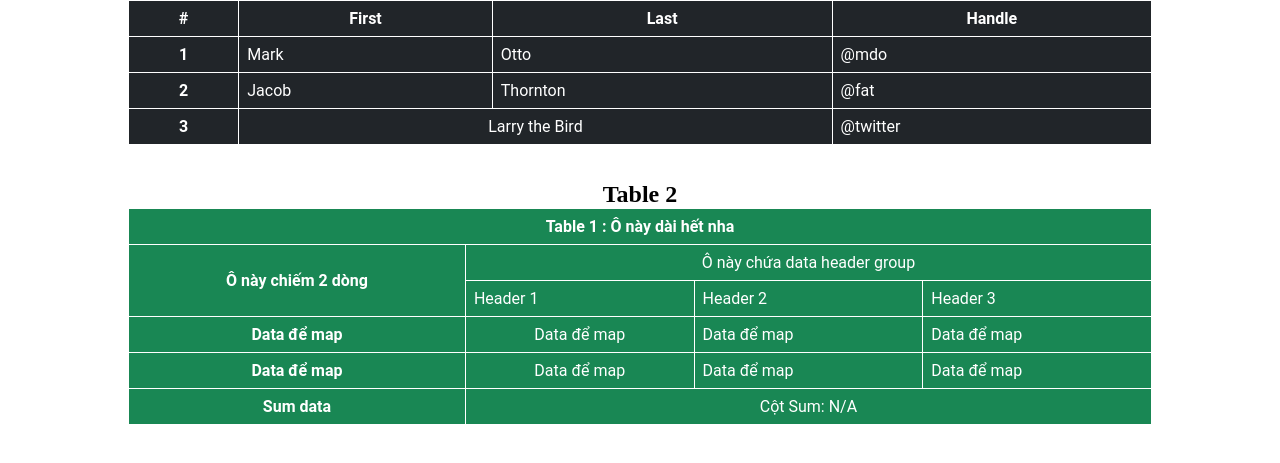
Repository: ThuatDev/BTVN_FE_JUNE
Page: index.html
These files come from the project's save history. The page is drawn as it stood at one moment and after the next save; the edit follows.
The browser window is 1280 px wide. The pictures show the whole page.

Above is the page before, as saved 2023-08-02 15:41:31.

### index.html
<!DOCTYPE html>
<html lang="en">
  <head>
    <meta charset="UTF-8" />
    <meta name="viewport" content="width=device-width, initial-scale=1.0" />
    <!-- <link
      href="https://cdn.jsdelivr.net/npm/bootstrap@5.0.2/dist/css/bootstrap.min.css"
      rel="stylesheet"
    /> -->
    <title>Document</title>
    <style>
      /* Reset CSS cho tất cả các phần tử */
      * {
        margin: 0;
        padding: 0;
        box-sizing: border-box;
      }

      /* Đặt màu nền và màu chữ cho bảng */
      .bg-dark {
        background-color: #212529;
      }
      .text-white {
        color: #fff;
      }

      /* Đặt font và kích thước chữ cho bảng */
      .table {
        font-family: "Roboto", sans-serif;
        font-size: 16px;
        font-weight: normal;
      }

      /* Áp dụng font-weight "bold" cho các thẻ <th> */
      .table th {
        font-weight: bold;
      }

      /* Đặt border cho bảng */
      .table {
        border-collapse: collapse;
      }

      /* Đặt border và padding cho thẻ <th> và <td> */
      .table th,
      .table td {
        border: 1px solid #fff;
        padding: 8px;
      }

      /* Đặt padding cho thẻ <th> trong thead */
      .table thead th {
        padding: 8px;
      }

      /* Bao bọc bảng trong một container để sử dụng flexbox */
      .table-container {
        display: flex;
        justify-content: center; /* Căn giữa bảng trong màn hình */
      }

      /* Áp dụng chiều rộng 80% cho bảng */
      .table {
        width: 80%;
        margin: 0 auto;
      }
      /* css bang 2  */

      .bg-success {
        background-color: #198754;
      }
      .text-white {
        color: #fff;
      }

      /* Đặt font và kích thước chữ cho bảng */
      .table {
        font-family: "Roboto", sans-serif;
        font-size: 16px;
        font-weight: normal;
      }

      /* Áp dụng font-weight "bold" cho các thẻ <th> */
      .table th {
        font-weight: bold;
      }

      /* Đặt border cho bảng */
      .table {
        border-collapse: collapse;
      }

      /* Đặt border và padding cho thẻ <th> và <td> */
      .table th,
      .table td {
        border: 1px solid #fff;
        padding: 8px;
      }

      /* Đặt padding cho thẻ <th> có rowspan và colspan */
      .table th[colspan],
      .table th[rowspan],
      .table td[colspan],
      .table td[rowspan] {
        padding: 8px;
      }

      /* Đặt padding cho thẻ <td> có colspan */
      .table td[colspan] {
        padding: 8px;
        text-align: center; /* Căn giữa văn bản trong ô có colspan */
      }

      /* Đặt padding cho thẻ <th> trong thead */
      .table thead th {
        padding: 8px;
        text-align: center; /* Căn giữa văn bản trong ô có colspan */
      }

      /* Bao bọc bảng trong một container để sử dụng flexbox */
      .table-container {
        display: flex;
        justify-content: center; /* Căn giữa bảng theo chiều ngang */
        align-items: center; /* Căn giữa bảng theo chiều dọc */
      }

      /* Áp dụng chiều rộng 80% cho bảng */
      .table {
        width: 80%;
      }
    </style>
  </head>
  <body>
    <div class="table-container">
      <table class="table text-white table-bordered bg-dark">
        <thead>
          <tr>
            <th scope="col">#</th>
            <th scope="col">First</th>
            <th scope="col">Last</th>
            <th scope="col">Handle</th>
          </tr>
        </thead>
        <tbody>
          <tr>
            <th scope="row">1</th>
            <td>Mark</td>
            <td>Otto</td>
            <td>@mdo</td>
          </tr>
          <tr>
            <th scope="row">2</th>
            <td>Jacob</td>
            <td>Thornton</td>
            <td>@fat</td>
          </tr>
          <tr>
            <th scope="row">3</th>
            <td colspan="2">Larry the Bird</td>
            <td>@twitter</td>
          </tr>
        </tbody>
      </table>
    </div>
    <br />
    <br />
    <h2 style="text-align: center">Table 2</h2>
    <table class="table text-white table-bordered bg-success">
      <thead>
        <tr>
          <th scope="col" colspan="12" class="text-center">
            Table 1 : Ô này dài hết nha
          </th>
        </tr>
      </thead>
      <tbody>
        <tr>
          <th scope="row" rowspan="2">Ô này chiếm 2 dòng</th>
          <td colspan="3" class="text-center">Ô này chứa data header group</td>
        </tr>
        <tr>
          <td>Header 1</td>
          <td>Header 2</td>
          <td>Header 3</td>
        </tr>
        <tr>
          <th scope="row">Data để map</th>
          <td colspan="1">Data để map</td>
          <td>Data để map</td>
          <td>Data để map</td>
        </tr>
        <tr class="table-left">
          <th scope="row">Data để map</th>
          <td colspan="1">Data để map</td>
          <td>Data để map</td>
          <td>Data để map</td>
        </tr>
        <tr>
          <th scope="row">Sum data</th>
          <td colspan="12" class="text-center">Cột Sum: N/A</td>
        </tr>
      </tbody>
    </table>
  </body>
</html>

After the next save:
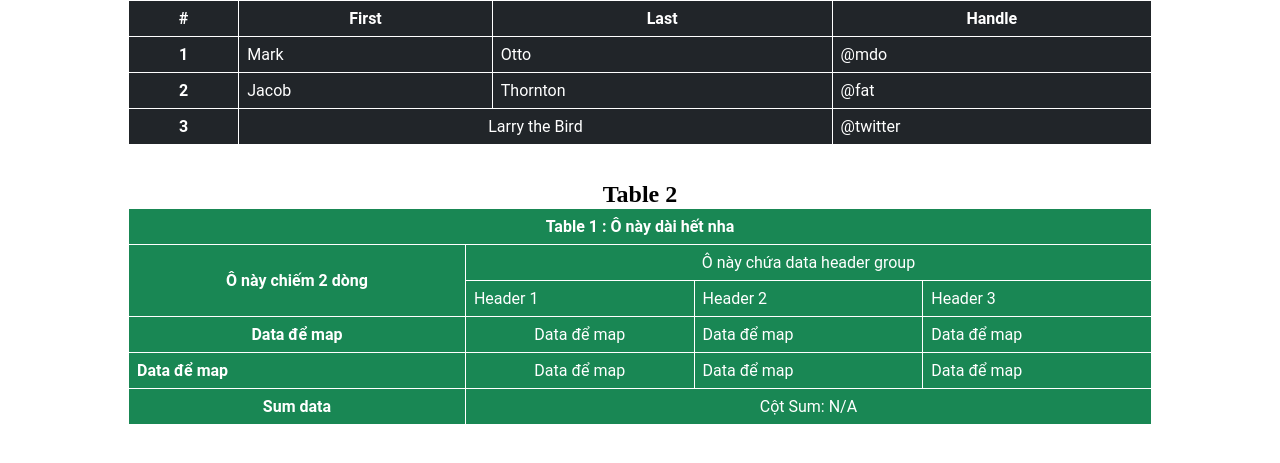
Saved 24 s later.
--- a/index.html
+++ b/index.html
@@ -128,6 +128,9 @@
       .table {
         width: 80%;
       }
+      .table-left {
+        text-align: left;
+      }
     </style>
   </head>
   <body>

After the 2 saves that followed:
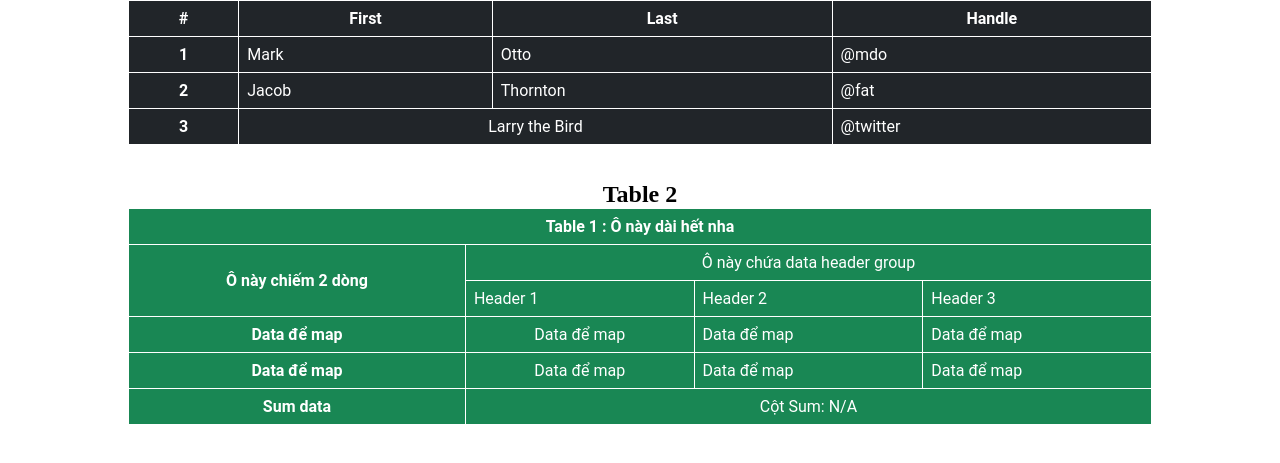
The 2 saves are shown as one change because 1 left the picture as it was.
The last was saved 49 s later.
--- a/index.html
+++ b/index.html
@@ -192,11 +192,11 @@
           <td>Data để map</td>
           <td>Data để map</td>
         </tr>
-        <tr class="table-left">
+        <tr>
           <th scope="row">Data để map</th>
           <td colspan="1">Data để map</td>
-          <td>Data để map</td>
-          <td>Data để map</td>
+          <td class="table-left">Data để map</td>
+          <td class="table-left">Data để map</td>
         </tr>
         <tr>
           <th scope="row">Sum data</th>
